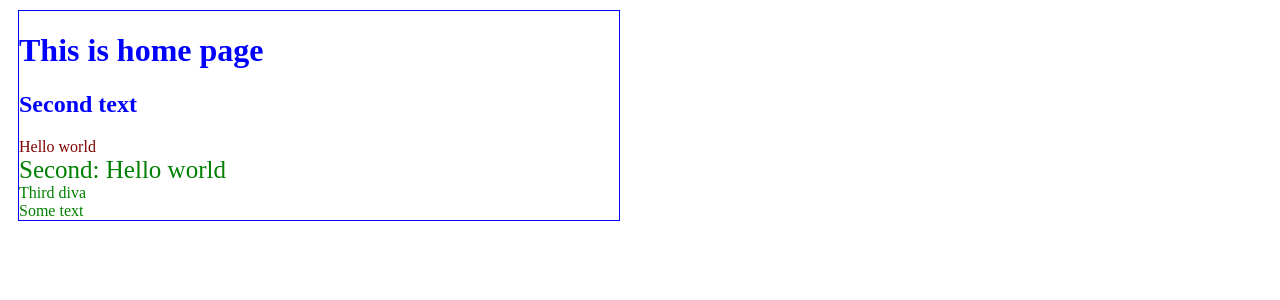
Repository: Vincerenko/Web-site
Page: http://localhost/index
These files come from the project's save history. The page is drawn as it stood at one moment and after the next save; the edit follows.
The browser window is 1280 px wide. The pictures show the whole page.
The page is this project's Thymeleaf template; nobody is signed in. The template is opened directly, without the code that normally fills it, so the values that code supplies are empty.

Above is the page before, as saved 2021-03-12 18:46:53.

### ckj_13_mvc/src/main/resources/templates/index.html
<!DOCTYPE html>
<html>
<head>
<meta charset="UTF-8">
<title>Home page</title>
<link rel="stylesheet" href="/style/demo.css">
</head>

<body>
	<div class="container">
		<h1>This is home page</h1>
		<h2>Second text</h2>
		<div id="first">Hello world</div>
		<div class="green_text big_text">Second: Hello world</div>
		<div class="green_text">Third diva</div>
		<span class="green_text">Some text</span>
	</div>
</body>
</html>

### ckj_13_mvc/src/main/resources/static/style/demo.css
@charset "UTF-8";
h1,h2 {
	color: blue;
	}
#first {
color:maroon;
}

.green_text{
 	color:green;
}
.big_text{
font-size: 25px;
}

.container{
	border: 1px double blue;
	width: 600px;
	margin: 10px
}

After the next save:
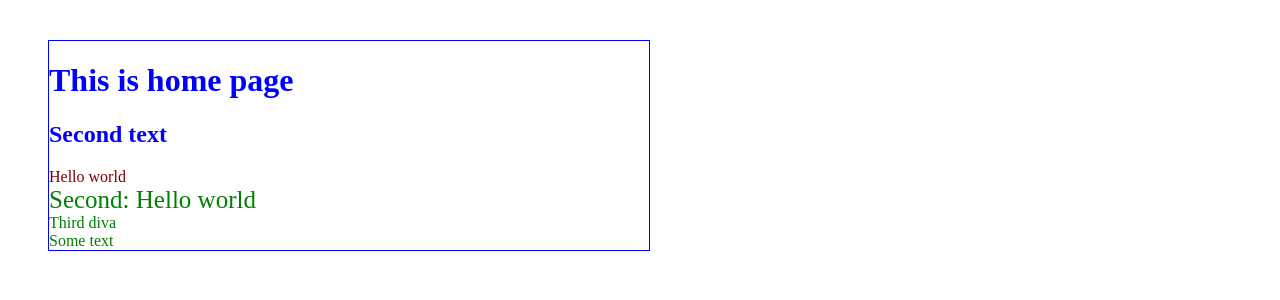
Saved 31 s later.
--- a/ckj_13_mvc/src/main/resources/static/style/demo.css
+++ b/ckj_13_mvc/src/main/resources/static/style/demo.css
@@ -16,5 +16,5 @@ font-size: 25px;
 .container{
 	border: 1px double blue;
 	width: 600px;
-	margin: 10px
+	margin: 40px
 }
